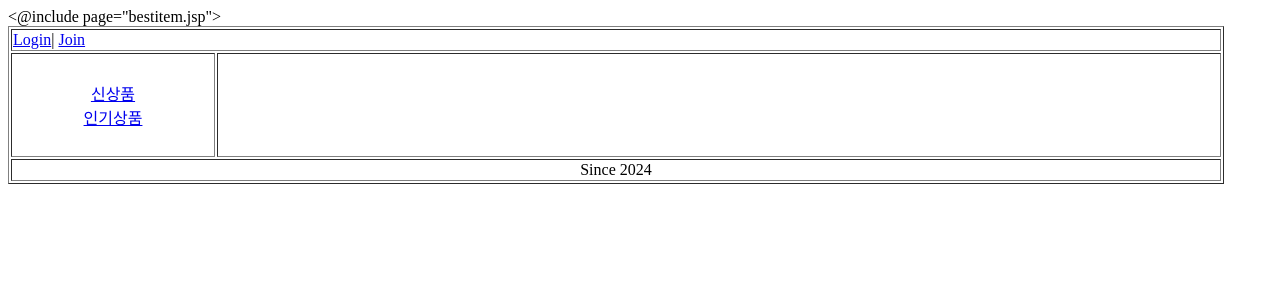
Repository: BancaKim/teamproject4
Page: http://localhost/JspDay3/Template/template.jsp
These files come from the project's save history. The page is drawn as it stood at one moment and after the next save; the edit follows.
The browser window is 1280 px wide. The pictures show the whole page.
The page is served by Tomcat 9.

Above is the page before, as saved 2024-05-02 03:43:40.

### JspDay3/src/main/webapp/Template/template.jsp
<%@ page language="java" contentType="text/html; charset=EUC-KR"
    pageEncoding="EUC-KR"%>
<!DOCTYPE html>
<html>
<head>
<meta charset="EUC-KR">
<title>Insert title here</title>
</head>
<body>
    <%
        String select = request.getParameter("page");
        if (select == null) {
            select = "bestitem.jsp";
        }
    %>
<table border='1'>
<tr>
<td colspan="2"><%@ include file="top.jsp" %>
</td><@include page="<%= select %>"></tr>
<tr>
<td width="200px"><%@ include file="left.jsp" %></td>
<td width="1000px" height="100px">
<center>


</center>
</td>
</tr>
<tr>
<td colspan="2"><%@ include file="bottom.jsp" %></td>
</tr>
</table>
</body>
</html>

### JspDay3/src/main/webapp/Template/top.jsp
<%@ page language="java" contentType="text/html; charset=EUC-KR"
    pageEncoding="EUC-KR"%>
<!DOCTYPE html>
<html>
<head>
<meta charset="EUC-KR">
<title>Insert title here</title>
</head>
<body>
<a href="#">Login</a>|
<a href="#">Join</a>
</body>
</html>

### JspDay3/src/main/webapp/Template/left.jsp
<%@ page language="java" contentType="text/html; charset=EUC-KR"
    pageEncoding="EUC-KR"%>
<!DOCTYPE html>
<html>
<head>
<meta charset="EUC-KR">
<title>Insert title here</title>
</head>
<body>
<center>
	<div><a href="?page=newitem">신상품</div>
	<div><a href="?page=bestitem">인기상품</div>
</center>
</body>
</html>

### JspDay3/src/main/webapp/Template/bottom.jsp
<%@ page language="java" contentType="text/html; charset=EUC-KR"
    pageEncoding="EUC-KR"%>
<!DOCTYPE html>
<html>
<head>
<meta charset="EUC-KR">
<title>Insert title here</title>
</head>
<body>
<center>
Since 2024
</center>
</body>
</html>

After the next save:
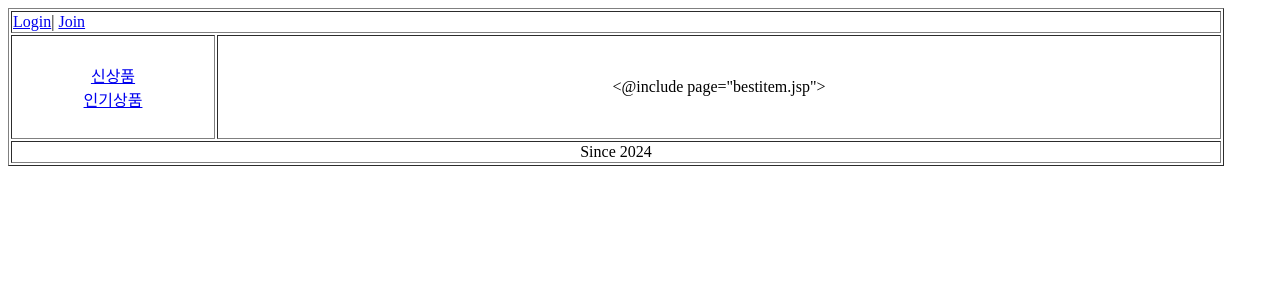
Saved 13 s later.
--- a/JspDay3/src/main/webapp/Template/template.jsp
+++ b/JspDay3/src/main/webapp/Template/template.jsp
@@ -16,13 +16,13 @@
 <table border='1'>
 <tr>
 <td colspan="2"><%@ include file="top.jsp" %>
-</td><@include page="<%= select %>"></tr>
+</td></tr>
 <tr>
 <td width="200px"><%@ include file="left.jsp" %></td>
 <td width="1000px" height="100px">
 <center>
 
-
+<@include page="<%= select %>">
 </center>
 </td>
 </tr>
